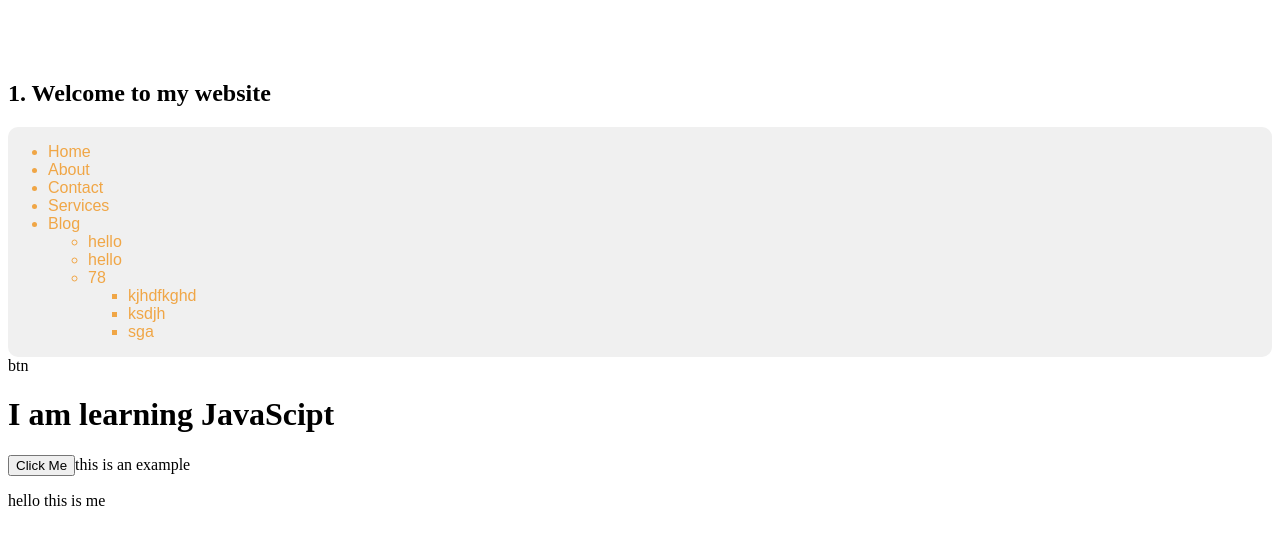
Repository: phulkeshwarmahto/CompleteJS
Page: index.html
The author's editor kept a copy of each file at every save. The page is drawn from the files as they stood at one save, then again after the next save.
The browser window is 1280 px wide. The pictures show the whole page.

Above is the page before, as saved 2025-06-26 11:20:19.
Console error: ReferenceError: let is not defined

After the next save:
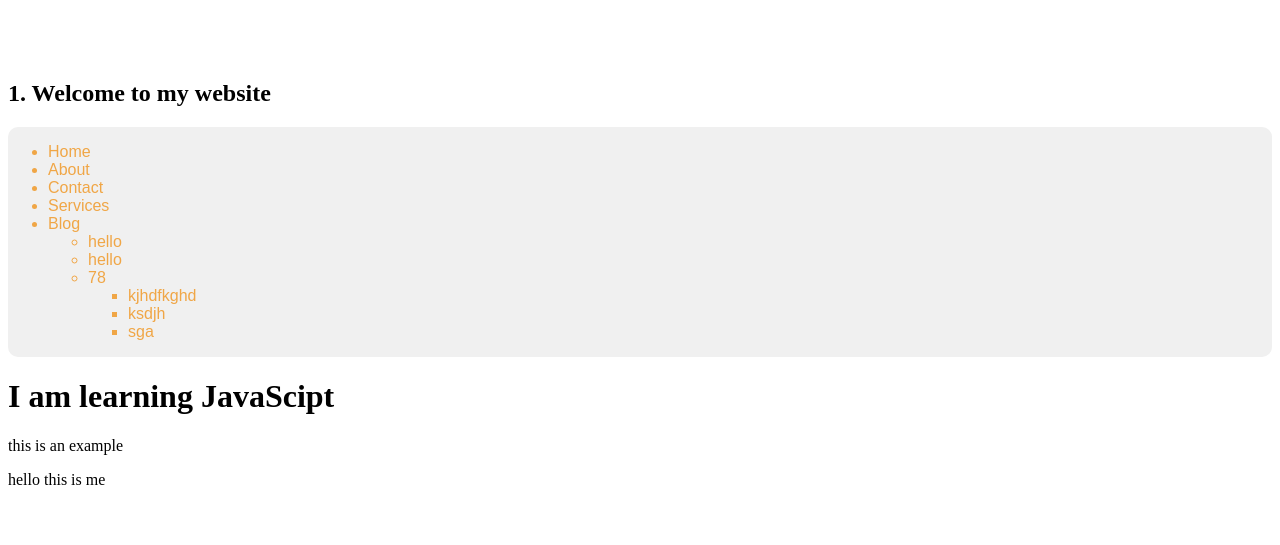
Console error: SyntaxError: Unexpected end of input
Saved 5 s later.
--- a/DocumentObjectModel(DOM).js
+++ b/DocumentObjectModel(DOM).js
@@ -140,4 +140,4 @@
 let p = document.querySelector("p");
 p.prepend(btn);
 
-let
+let heading =

After the 5 saves that followed:
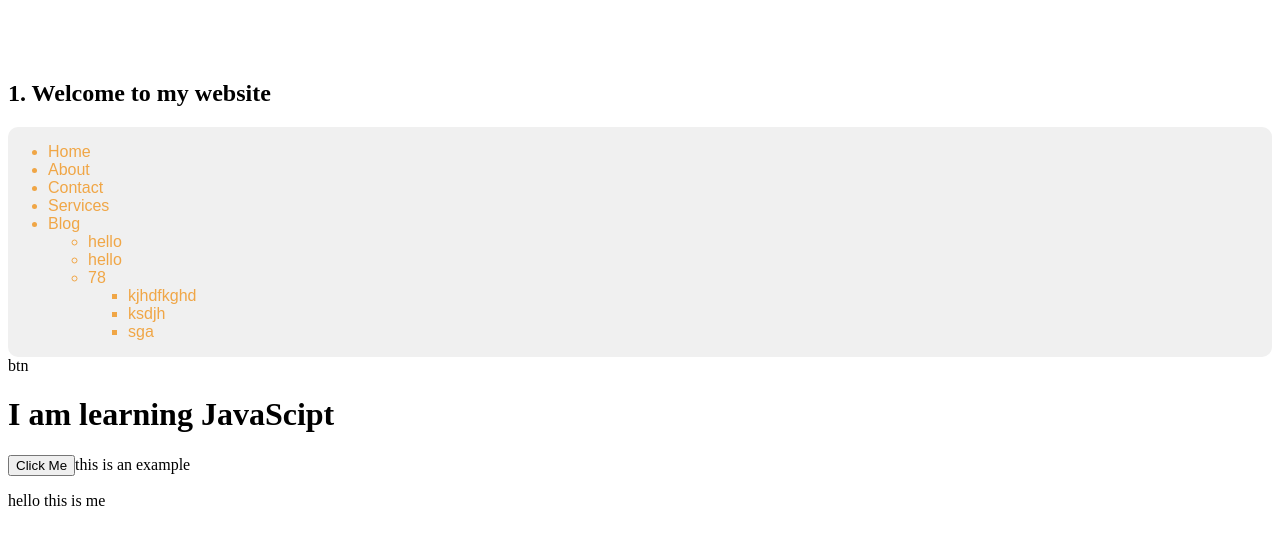
Console error (its wording comes from the project's code and is left out).
The 5 saves are shown as one change because they came seconds apart.
The last was saved 11 s later.
--- a/DocumentObjectModel(DOM).js
+++ b/DocumentObjectModel(DOM).js
@@ -140,4 +140,4 @@
 let p = document.querySelector("p");
 p.prepend(btn);
 
-let heading =
+let heading = document.createElement("")
